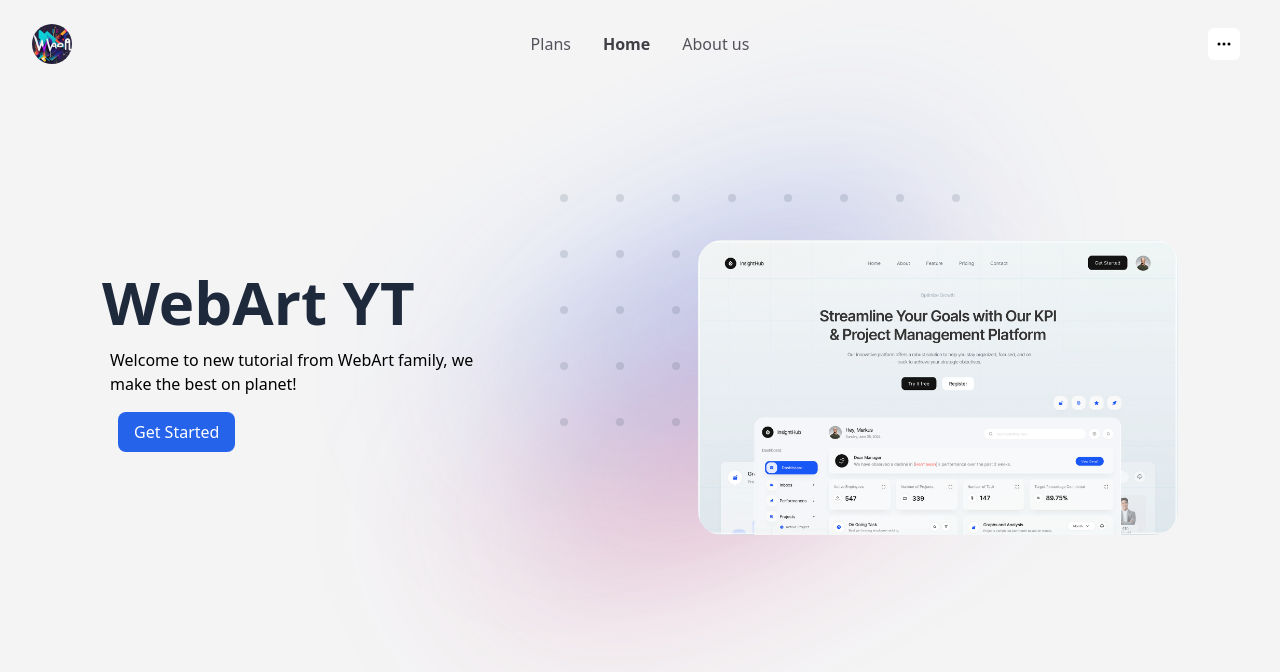
Repository: 30namp/youtube-web-art-code
Page: stunning landing page 1/index.html
These files come from the project's save history. The page is drawn as it stood at one moment and after the next save; the edit follows.
The browser window is 1280 px wide. The pictures show the whole page.

Above is the page before, as saved 2024-09-26 21:19:23.

After the next save:
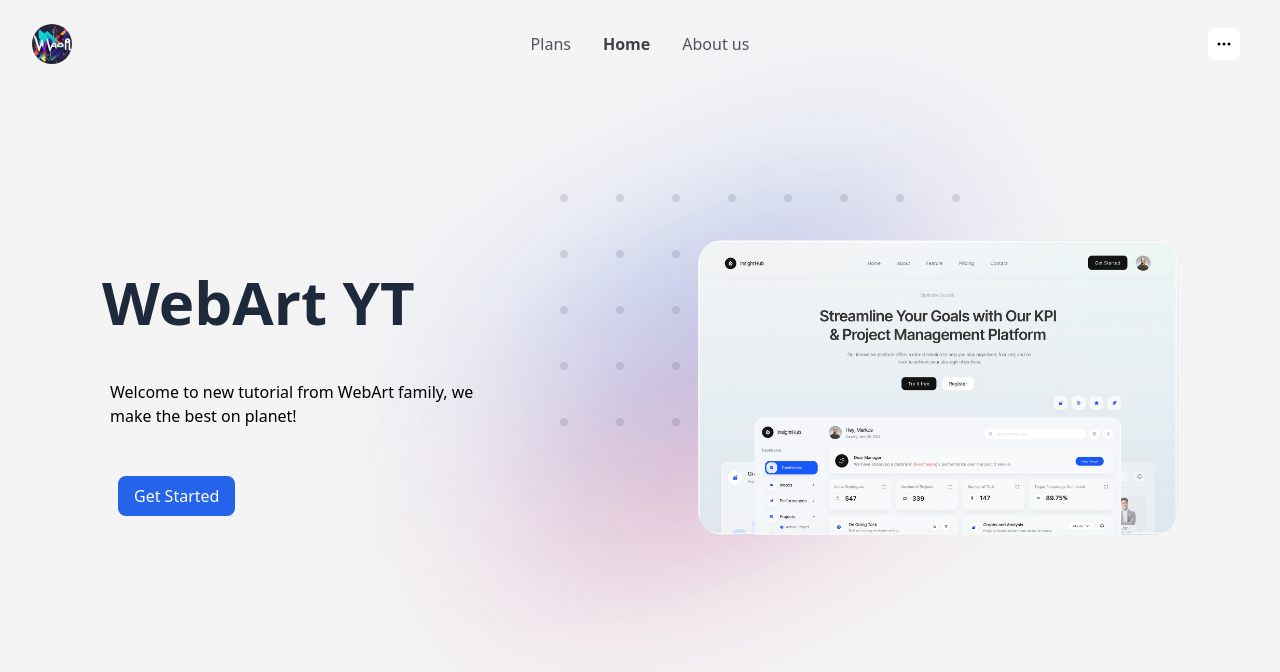
Saved 6 s later.
--- a/stunning landing page 1/index.html
+++ b/stunning landing page 1/index.html
@@ -92,7 +92,7 @@
 
     <!-- hero section -->
     <div class="hero-section relative pt-60 flex justify-around items-start">
-      <div class="content flex flex-col items-start gap-4 pt-8">
+      <div class="content flex flex-col items-start gap-12 pt-8">
         <h1 class="text-6xl font-bold text-slate-800">WebArt YT</h1>
         <p class="description w-96 ml-2">
           Welcome to new tutorial from WebArt family, we make the best on
